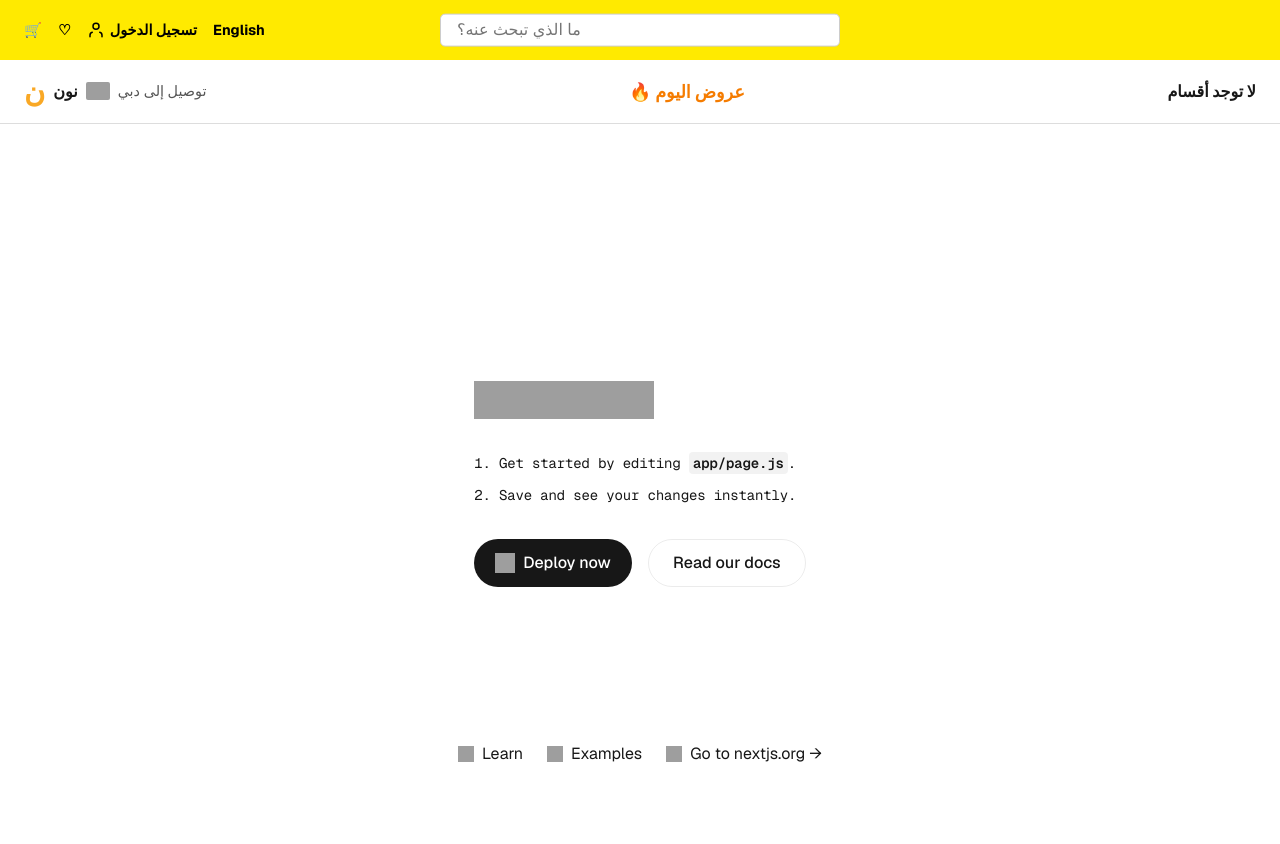
Repository: mahmoudkeshta/storeapp
Page: /
These files come from the project's save history. The page is drawn as it stood at one moment and after the next save; the edit follows.
The browser window is 1280 px wide. The pictures show the whole page.
Pictures or frames that could not be fetched are drawn as grey boxes. The page's requests for data from a server got no answer. The project was rebuilt for these pictures with package versions that can differ from the ones it lists, and the page was loaded fresh each time. The framework's server and built-in components were replaced by stand-ins that run in the browser. No one was signed in, and anything a server would have sent is missing. Also part of the build but not shown: next.config.mjs.

Above is the page before, as saved 2025-06-19 12:36:02.

After the next save:
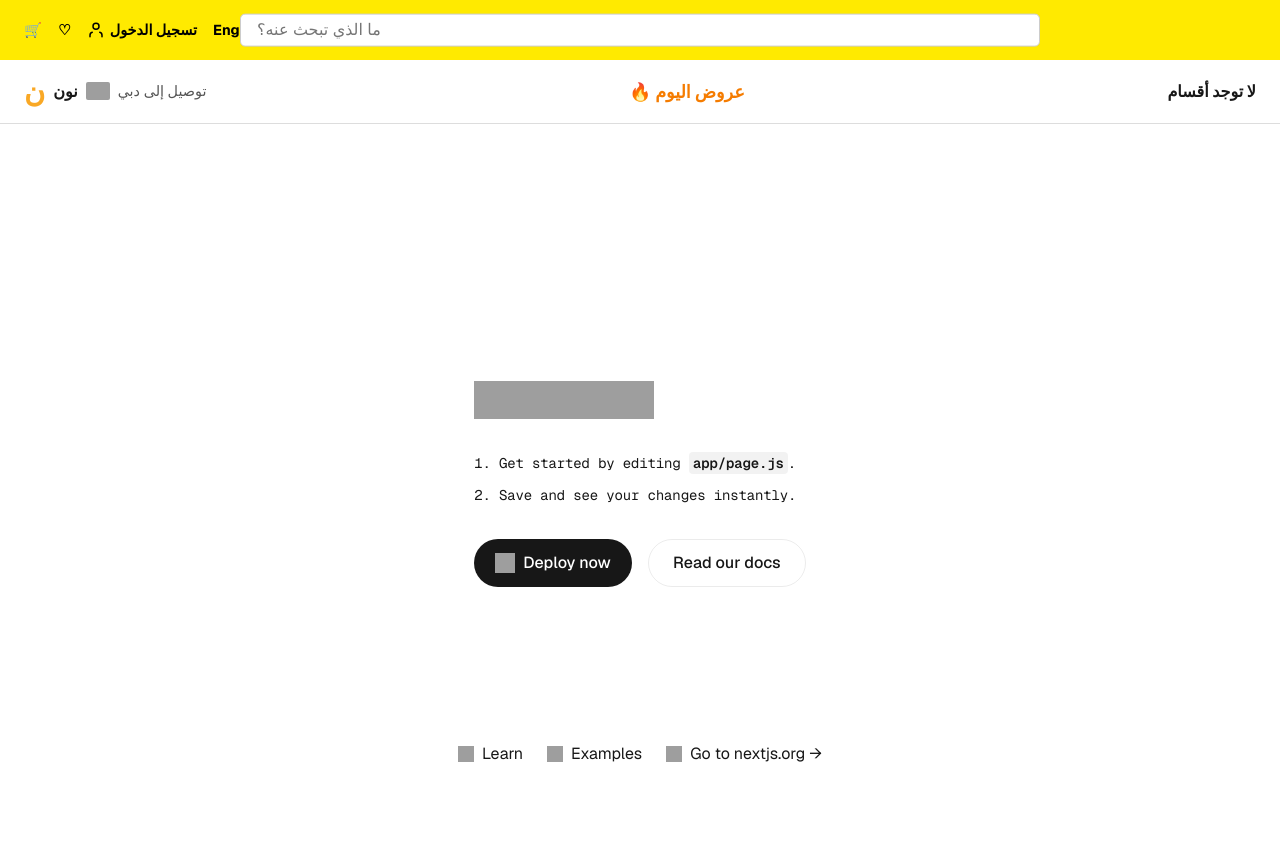
Saved 43 s later.
--- a/app/layout.js
+++ b/app/layout.js
@@ -102,7 +102,7 @@
               left: "50%",
               top: "50%",
               transform: "translate(-50%, -50%)",
-              width: "400px",
+              width: "800px",
               padding: "0.4rem 1rem",
               borderRadius: "5px",
               border: "1px solid #ccc",
